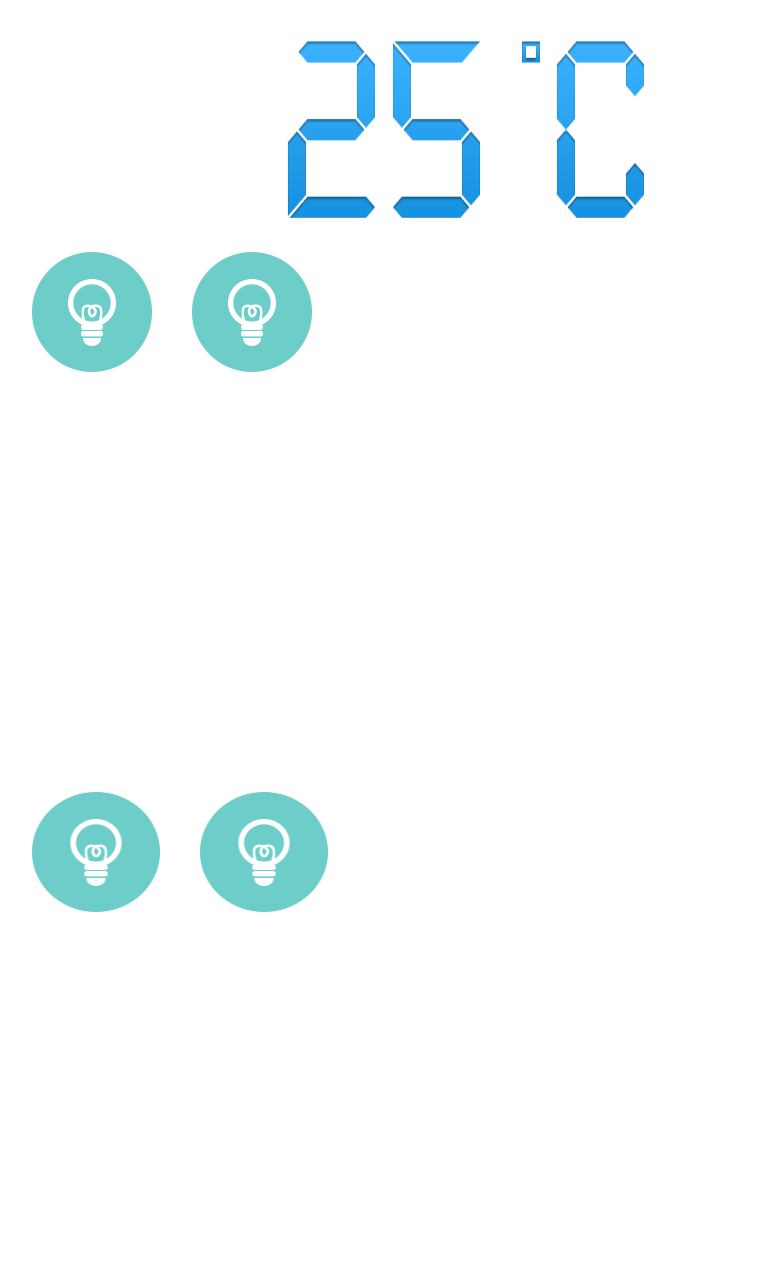
Repository: MyungSinKim/mqtt-demo
Layout: cloud2-demo/res/layout/main.xml
The author's editor kept a copy of each file at every save. The layout is drawn from the files as they stood at one save, then again after the next save.
It is drawn on a 768 x 1280 px phone screen (xhdpi) without system bars, with theme AppTheme; the app's code is not run.

Above is the layout before, as saved 2015-11-02 05:12:00.

After the next save:
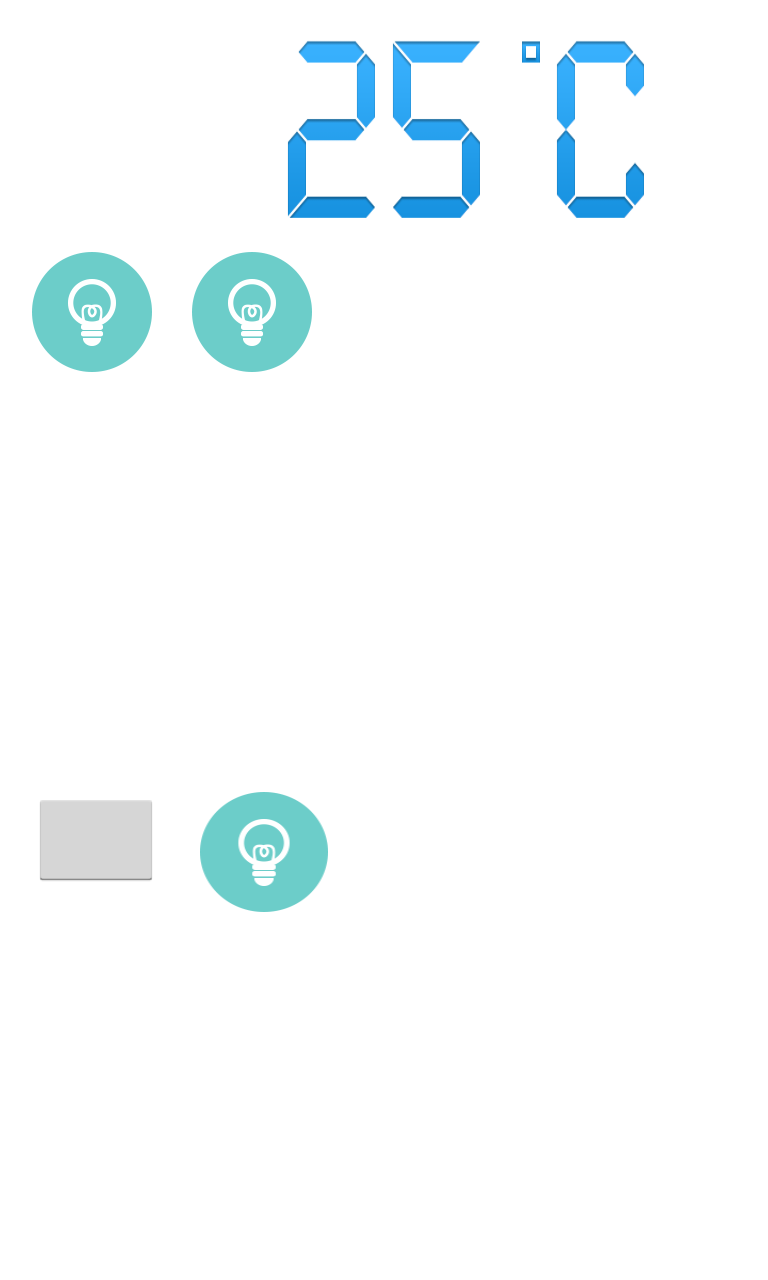
Saved 113 s later.
--- a/cloud2-demo/res/layout/main.xml
+++ b/cloud2-demo/res/layout/main.xml
@@ -59,8 +59,7 @@
         android:layout_height="wrap_content"
         android:layout_below="@+id/rl2"
         android:layout_marginTop="80dp"
-        android:background="@drawable/light_off"
-        android:tag="off" />
+         />
 
     <Button
         android:id="@+id/imageButton2"
